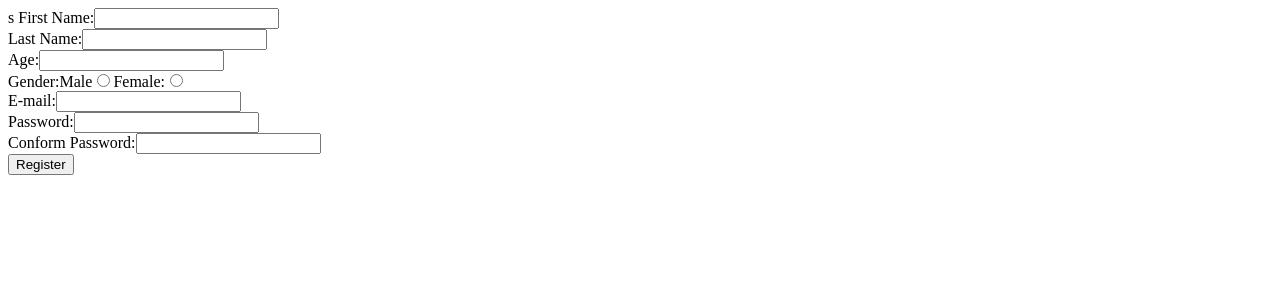
Repository: iamvinayhv/Servlet
Page: http://localhost/EmployeeApp/jsp/register.jsp
The author's editor kept a copy of each file at every save. The page is drawn from the files as they stood at one save, then again after the next save.
The browser window is 1280 px wide. The pictures show the whole page.
The page is served by Tomcat 9. Other server files are loaded and not shown.

Above is the page before, as saved 2017-03-09 07:56:21.

### EmployeeApp/WebContent/jsp/register.jsp
<%@ page language="java" contentType="text/html; charset=UTF-8"
    pageEncoding="UTF-8"%>
<!DOCTYPE html PUBLIC "-//W3C//DTD HTML 4.01 Transitional//EN" "http://www.w3.org/TR/html4/loose.dtd">
<html>
<head>
<meta http-equiv="Content-Type" content="text/html; charset=UTF-8">
<title>Register Here</title>
</head>
<body>

<form action="register" method="post">s

First Name:<input type="text" name="fname"><br/>
Last Name:<input type="text" name="lname"><br/>
Age:<input type="text" name="age"><br/>
Gender:Male<input type="radio" name="gender" value="male">Female:<input type="radio" name="gender" value="female"><br/>
E-mail:<input type="text" name="mail"><br/>
Password:<input type="password" name="pwd"><br/>
Conform Password:<input type="password" name="conpwd"><br/>
<input type="submit" value="Register">

</form>


</body>
</html>

After the next save:
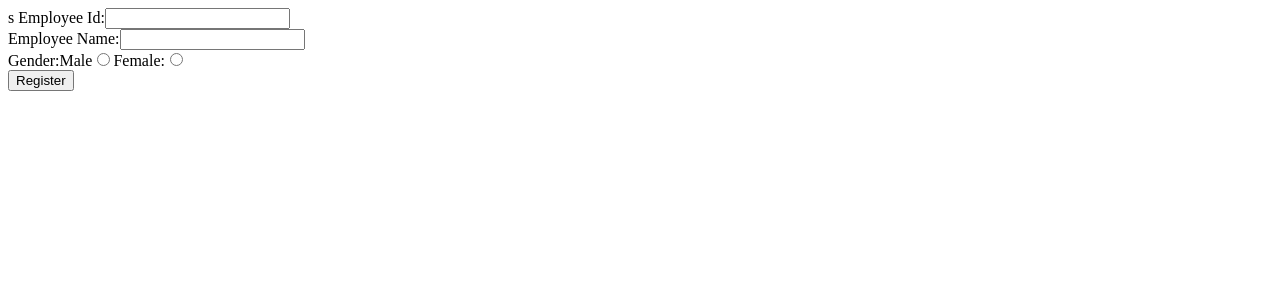
Saved 85 s later.
--- a/EmployeeApp/WebContent/jsp/register.jsp
+++ b/EmployeeApp/WebContent/jsp/register.jsp
@@ -10,13 +10,9 @@
 
 <form action="register" method="post">s
 
-First Name:<input type="text" name="fname"><br/>
-Last Name:<input type="text" name="lname"><br/>
-Age:<input type="text" name="age"><br/>
+Employee Id:<input type="text" name="age"><br/>
+Employee Name:<input type="text" name="fname"><br/>
 Gender:Male<input type="radio" name="gender" value="male">Female:<input type="radio" name="gender" value="female"><br/>
-E-mail:<input type="text" name="mail"><br/>
-Password:<input type="password" name="pwd"><br/>
-Conform Password:<input type="password" name="conpwd"><br/>
 <input type="submit" value="Register">
 
 </form>
